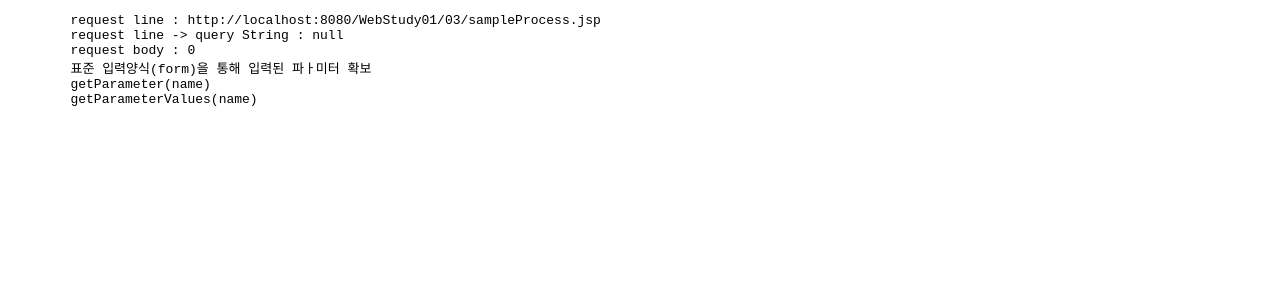
Repository: YOUNARAE/JSP
Page: http://localhost/WebStudy01/03/sampleProcess.jsp
The author's editor kept a copy of each file at every save. The page is drawn from the files as they stood at one save, then again after the next save.
The browser window is 1280 px wide. The pictures show the whole page.
The page is served by Tomcat 9. Other server files are loaded and not shown.

Above is the page before, as saved 2022-12-07 07:29:55.

### WebStudy01/src/main/webapp/03/sampleProcess.jsp
<%@ page language="java" contentType="text/html; charset=UTF-8"
    pageEncoding="UTF-8"%>
<!DOCTYPE html>
<html>
<head>
<meta charset="UTF-8">
<title>Insert title here</title>
</head>
<body>
<pre>
	request line : <%=request.getRequestURL()%>
	request line -> query String : <%=request.getQueryString() %>
	request body : <%=request.getInputStream().available()%>
	표준 입력양식(form)을 통해 입력된 파ㅏ미터 확보
	getParameter(name)
	getParameterValues(name)

</pre>
</body>
</html>

After the next save:
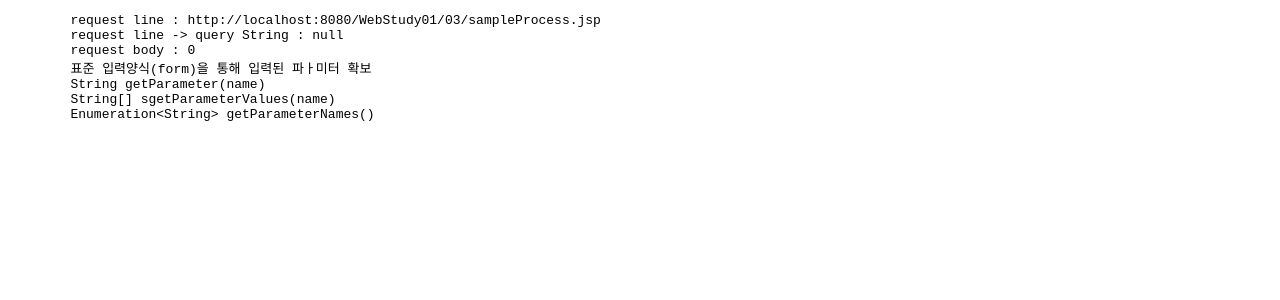
Saved 41 s later.
--- a/WebStudy01/src/main/webapp/03/sampleProcess.jsp
+++ b/WebStudy01/src/main/webapp/03/sampleProcess.jsp
@@ -12,8 +12,9 @@
 	request line -> query String : <%=request.getQueryString() %>
 	request body : <%=request.getInputStream().available()%>
 	표준 입력양식(form)을 통해 입력된 파ㅏ미터 확보
-	getParameter(name)
-	getParameterValues(name)
+	String getParameter(name)
+	String[] sgetParameterValues(name)
+	Enumeration&lt;String&gt; getParameterNames()
 
 </pre>
 </body>
